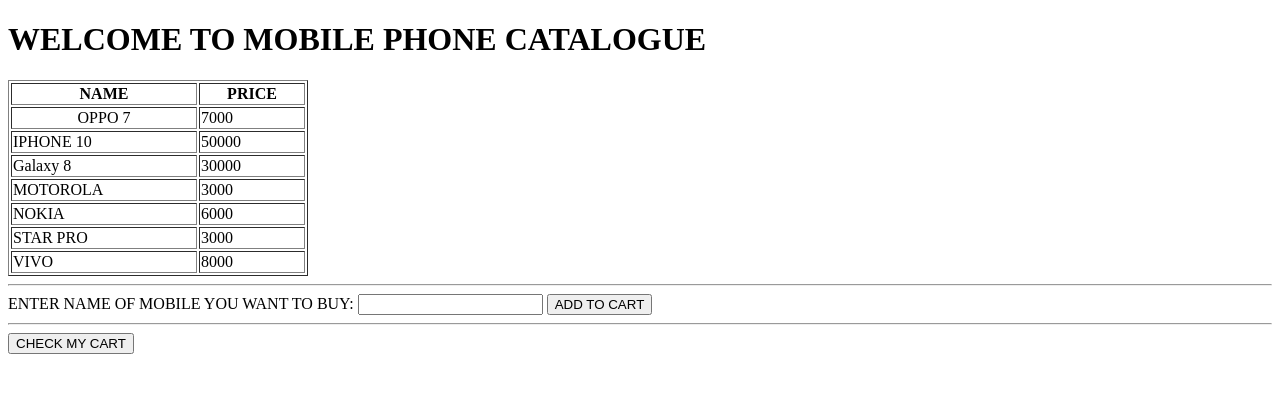
Repository: nikhilbad7/jsp-practicals
Page: classwork/WebContent/exp15.html
The author's editor kept a copy of each file at every save. The page is drawn from the files as they stood at one save, then again after the next save.
The browser window is 1280 px wide. The pictures show the whole page.

Above is the page before, as saved 2018-04-12 18:20:11.

### classwork/WebContent/exp15.html
<!DOCTYPE HTML>
<html>
	<head>
		<title>MOBILE PHONE CATALOGUE</title>
		<script >
			function cart(){
				window.location("exp15cart.jsp");
			}
		</script>
	</head>
	<body>
		<h1>WELCOME TO MOBILE PHONE CATALOGUE</h1>
		<table border=1 width=300px>
		<tr>
			<th>NAME</th>
			<th>PRICE</th>
		</tr>
		<tr>
			<td align="center">OPPO 7</td>
			<td>7000</td>

		</tr>
		<tr>
			<td>IPHONE 10</td>
			<td>50000</td>

		</tr>
		<tr>
			<td>Galaxy 8</td>
			<td>30000</td>
		</tr>
		<tr>
			<td>MOTOROLA</td>
			<td>3000</td>

		</tr>
		<tr>
			<td>NOKIA</td>
			<td>6000</td>

		</tr>
		<tr>
			<td>STAR PRO</td>
			<td>3000</td>

		</tr>
		<tr>
			<td>VIVO </td>
			<td>8000</td>

		</tr>


		</table>
		<hr>
		<form action="exp15cart.jsp">
			ENTER NAME OF MOBILE YOU WANT TO BUY: <input type="text" name="item" />
			<input type="submit" value="ADD TO CART" />
		</form>
		<hr>
		<input type="button" value="CHECK MY CART"  onclick="cart()"/>
	</body>
</html>

After the next save:
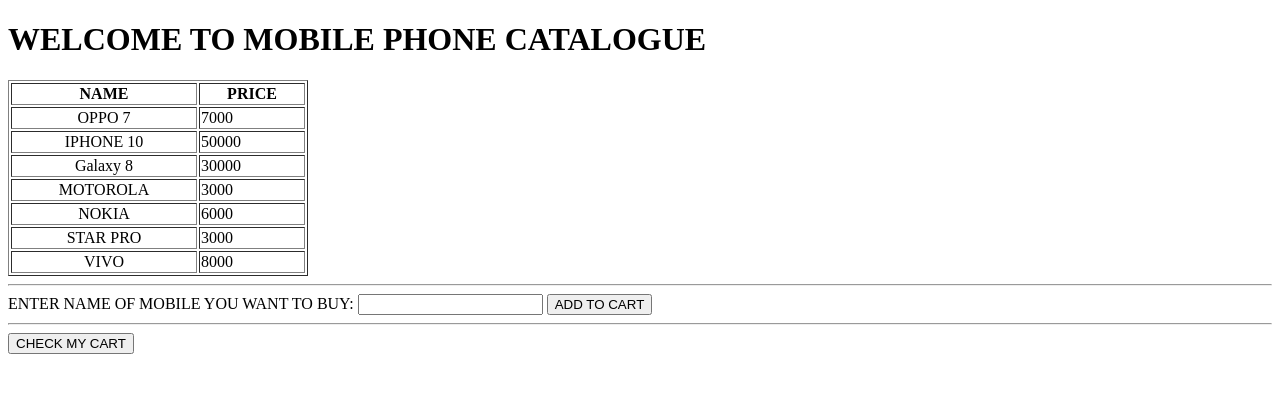
Saved 39 s later.
--- a/classwork/WebContent/exp15.html
+++ b/classwork/WebContent/exp15.html
@@ -21,31 +21,31 @@
 
 		</tr>
 		<tr>
-			<td>IPHONE 10</td>
+			<td align="center">IPHONE 10</td>
 			<td>50000</td>
 
 		</tr>
 		<tr>
-			<td>Galaxy 8</td>
+			<td align="center">Galaxy 8</td>
 			<td>30000</td>
 		</tr>
 		<tr>
-			<td>MOTOROLA</td>
+			<td align="center">MOTOROLA</td>
 			<td>3000</td>
 
 		</tr>
 		<tr>
-			<td>NOKIA</td>
+			<td align="center">NOKIA</td>
 			<td>6000</td>
 
 		</tr>
 		<tr>
-			<td>STAR PRO</td>
+			<td align="center">STAR PRO</td>
 			<td>3000</td>
 
 		</tr>
 		<tr>
-			<td>VIVO </td>
+			<td align="center">VIVO </td>
 			<td>8000</td>
 
 		</tr>
